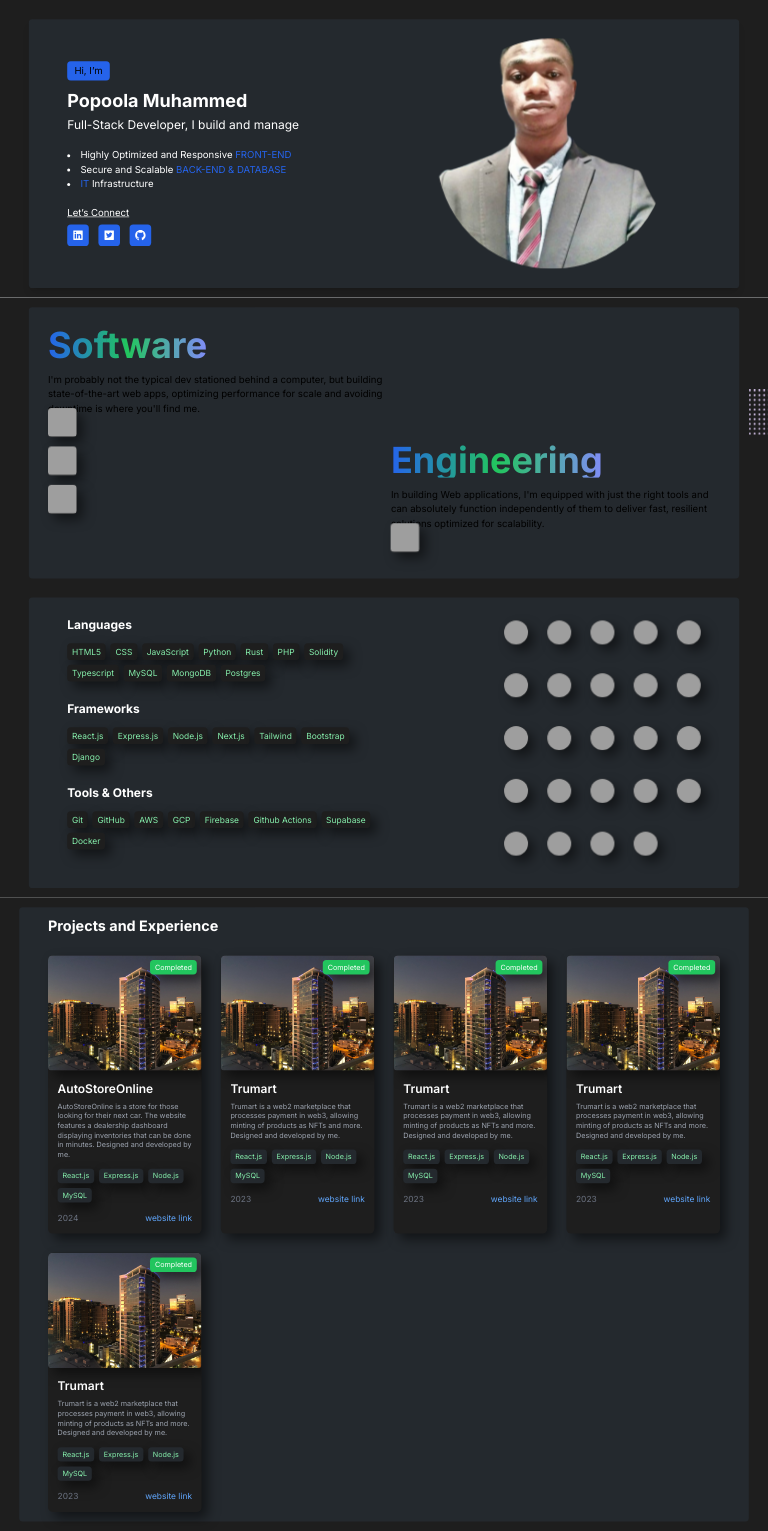
Repository: muhammedctgr/hammedctgr
Page: /
The author's editor kept a copy of each file at every save. The page is drawn from the files as they stood at one save, then again after the next save.
The browser window is 1280 px wide. The pictures show the whole page, at 60% of full size.
Pictures or frames that could not be fetched are drawn as grey boxes. The project was rebuilt for these pictures with package versions that can differ from the ones it lists, and the page was loaded fresh each time. The framework's server and built-in components were replaced by stand-ins that run in the browser. Also part of the build but not shown: next.config.mjs.

Above is the page before, as saved 2024-08-08 21:15:36.

After the next save:
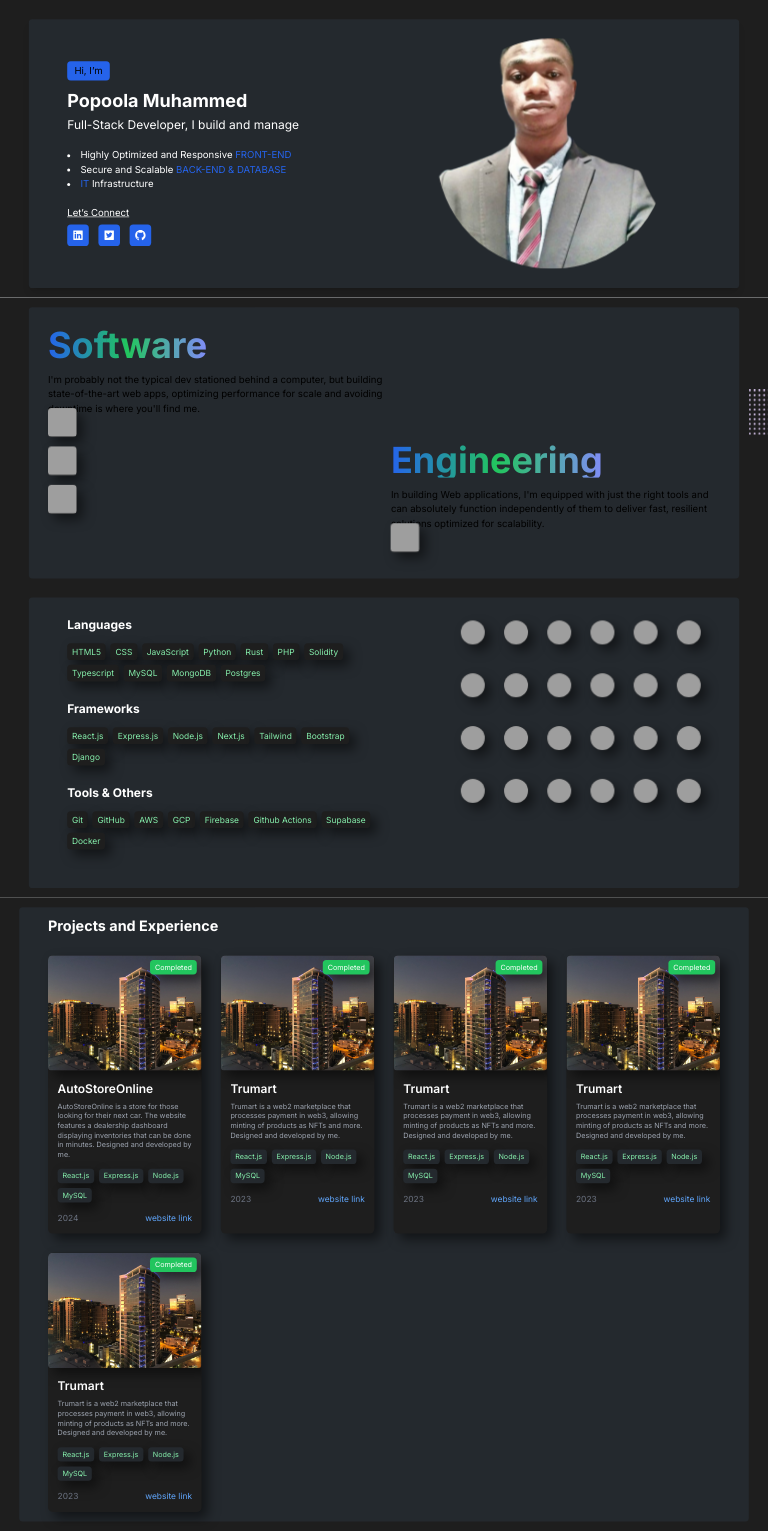
Saved 2 min 33 s later.
--- a/components/SkillsSection.tsx
+++ b/components/SkillsSection.tsx
@@ -80,7 +80,7 @@ const SkillsSection: FC = () => {
       ))}
     </div>
     <div className="flex-1 flex flex-col items-center md:items-end">
-      <div className="grid grid-cols-3 md:grid-cols-5 gap-8 p-4 md:p-8">
+      <div className="grid grid-cols-3 md:grid-cols-6 gap-8 p-4 md:p-8">
       <img src="https://cdn.jsdelivr.net/gh/devicons/devicon@latest/icons/html5/html5-original.svg" className="w-8 h-8 md:w-10 md:h-10 lg:w-10 lg:h-10 bg-gptGray rounded-3xl animate-bounce shadow-deep-all mt-4" />
       <img src="https://cdn.jsdelivr.net/gh/devicons/devicon@latest/icons/css3/css3-original.svg" className="w-8 h-8 md:w-10 md:h-10 lg:w-10 lg:h-10 bg-gptGray rounded-3xl animate-bounce shadow-deep-all mt-4" />
       <img src="https://cdn.jsdelivr.net/gh/devicons/devicon@latest/icons/javascript/javascript-original.svg" className="w-8 h-8 md:w-10 md:h-10 lg:w-10 lg:h-10 bg-gptGray rounded-3xl animate-bounce shadow-deep-all mt-4" />
